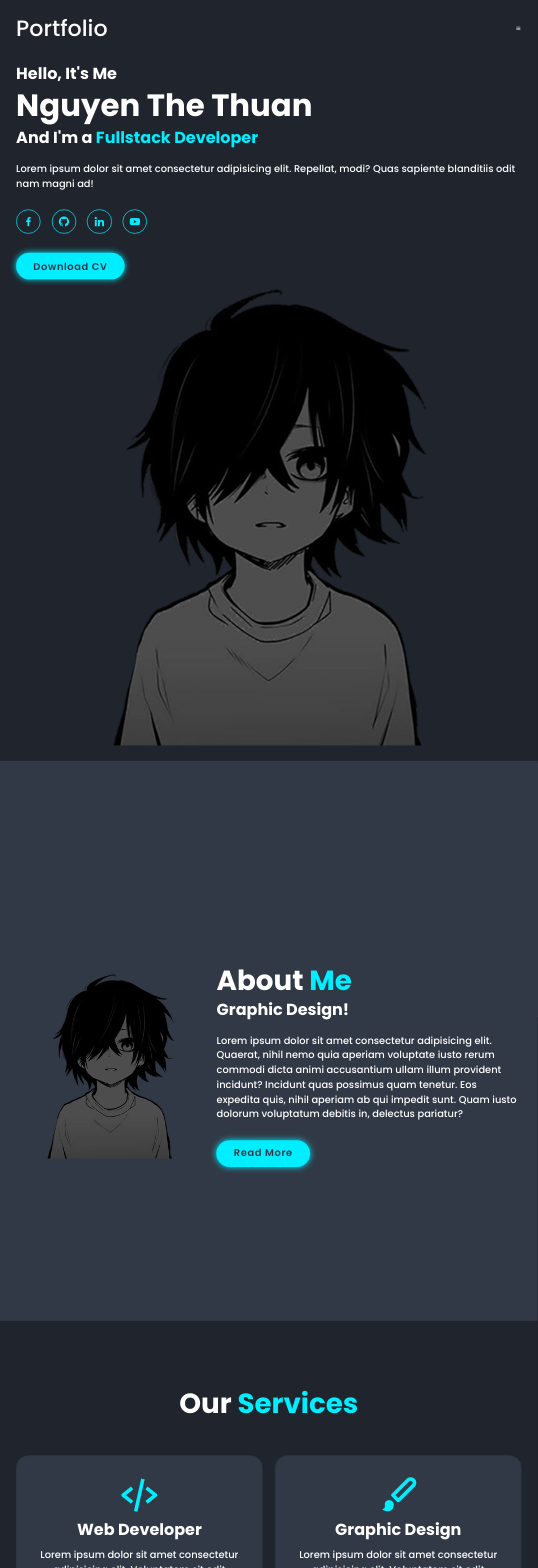
Repository: nguyenthethuan2004/portfolio
Page: index.html
These files come from the project's save history. The page is drawn as it stood at one moment and after a run of saves; the edit follows.
The browser window is 768 px wide. The pictures show the part of the page from y = 0 to 2240 px (the page is 4373 px tall before and 4244 px after), at 70% of full size.

Above is the page before, as saved 2023-10-03 19:12:54.
Console error: ReferenceError: navbar is not defined

### index.html
<!DOCTYPE html>
<html lang="en">
  <head>
    <meta charset="UTF-8" />
    <meta name="viewport" content="width=device-width, initial-scale=1.0" />
    <title>Nguyen The Thuan</title>

    <!-- custom css -->

    <link rel="stylesheet" href="css/style.css" />

    <!-- box icon -->

    <link
      href="https://unpkg.com/boxicons@2.1.4/css/boxicons.min.css"
      rel="stylesheet"
    />
  </head>
  <body>

    <!-- header design -->

    <header class="header">
      <a href="#" class="logo" id="menu-icon">Portfolio</a>

      <i class='bx bx-menu' ></i>

      <nav class="navbar">
        <a href="#home" class="active">Home</a>
        <a href="#about">About</a>
        <a href="#services">Services</a>
        <a href="#portfolio">Portfolio</a>
        <a href="#contact">Contact</a>
      </nav>
    </header>

    <!-- home setion design -->

    <section class="home" id="home">
      <div class="home-content">
        <h3>Hello, It's Me</h3>
        <h1>Nguyen The Thuan</h1>
        <h3>And I'm a <span>Fullstack Developer</span></h3>
        <p>
          Lorem ipsum dolor sit amet consectetur adipisicing elit. Repellat,
          modi? Quas sapiente blanditiis odit nam magni ad!
        </p>
        <div class="social-media">
          <a href=""><i class="bx bxl-facebook"></i></a>
          <a href=""><i class="bx bxl-github"></i></a>
          <a href=""><i class="bx bxl-linkedin"></i></a>
          <a href=""><i class="bx bxl-youtube"></i></a>
        </div>

        <a href="#" class="btn">Download CV</a>
      </div>

      <div class="home-img">
        <img
          src="Image/315543773_466116068957574_5528625686489521569_n (1).png" alt="Anh"
        />
      </div>
    </section>

    <!-- about section design -->

    <section class="about" id="about">
      <div class="about-img">
        <img src="Image/315543773_466116068957574_5528625686489521569_n (1).png" alt="">
      </div>
      <div class="about-content">
        <h2 class="heading">About <span>Me</span></h2>
        <h3>Graphic Design!</h3>
        <p>Lorem ipsum dolor sit amet consectetur adipisicing elit. Quaerat, nihil nemo quia aperiam voluptate iusto rerum commodi dicta animi accusantium ullam illum provident incidunt? Incidunt quas possimus quam tenetur. Eos expedita quis, nihil aperiam ab qui impedit sunt. Quam iusto dolorum voluptatum debitis in, delectus pariatur?</p>
        <a href="#" class="btn">Read More</a>
      </div>
    </section>

    <!-- services section design -->

    <section class="services" id="services">
      <h2 class="heading">Our <span>Services</span></h2>

      <div class="services-container">
        <div class="services-box">
          <i class='bx bx-code-alt'></i>
          <h3>Web Developer</h3>
          <p>Lorem ipsum dolor sit amet consectetur adipisicing elit. Voluptatem sit odit doloribus fuga sed eaque atque. Iusto at perferendis officiis!</p>
          <a href="#" class="btn">Read More</a>
        </div>

        <div class="services-box">
          <i class='bx bxs-paint' ></i>
          <h3>Graphic Design</h3>
          <p>Lorem ipsum dolor sit amet consectetur adipisicing elit. Voluptatem sit odit doloribus fuga sed eaque atque. Iusto at perferendis officiis!</p>
          <a href="#" class="btn">Read More</a>
        </div>

        <div class="services-box">
          <i class='bx bx-line-chart' ></i>
          <h3>Digital Marketing</h3>
          <p>Lorem ipsum dolor sit amet consectetur adipisicing elit. Voluptatem sit odit doloribus fuga sed eaque atque. Iusto at perferendis officiis!</p>
          <a href="#" class="btn">Read More</a>
        </div>
      </div>
    </section>

    <!-- portfolio section design -->

    <section class="portfolio" id="portfolio">
      <h2 class="heading">Latest <span>Project</span></h2>

      <div class="portfolio-container">
        <div class="portfolio-box">
          <img src="Image/1.jpg" alt="">
          <div class="portfolio-layer">
            <h4>Web Design</h4>
            <p>Lorem, ipsum dolor sit amet consectetur adipisicing elit. Accusamus, exercitationem?</p>
            <a href="#"><i class='bx bx-link-external' ></i></a>
          </div>
        </div>

        <div class="portfolio-box">
          <img src="Image/2.jpg" alt="">
          <div class="portfolio-layer">
            <h4>Web Design</h4>
            <p>Lorem, ipsum dolor sit amet consectetur adipisicing elit. Accusamus, exercitationem?</p>
            <a href="#"><i class='bx bx-link-external' ></i></a>
          </div>
        </div>

        <div class="portfolio-box">
          <img src="Image/3.jpg" alt="">
          <div class="portfolio-layer">
            <h4>Web Design</h4>
            <p>Lorem, ipsum dolor sit amet consectetur adipisicing elit. Accusamus, exercitationem?</p>
            <a href="#"><i class='bx bx-link-external' ></i></a>
          </div>
        </div>

        <div class="portfolio-box">
          <img src="Image/4.jpg" alt="">
          <div class="portfolio-layer">
            <h4>Web Design</h4>
            <p>Lorem, ipsum dolor sit amet consectetur adipisicing elit. Accusamus, exercitationem?</p>
            <a href="#"><i class='bx bx-link-external' ></i></a>
          </div>
        </div>

        <div class="portfolio-box">
          <img src="Image/5.jpg" alt="">
          <div class="portfolio-layer">
            <h4>Web Design</h4>
            <p>Lorem, ipsum dolor sit amet consectetur adipisicing elit. Accusamus, exercitationem?</p>
            <a href="#"><i class='bx bx-link-external' ></i></a>
          </div>
        </div>

        <div class="portfolio-box">
          <img src="Image/6.jpg" alt="">
          <div class="portfolio-layer">
            <h4>Web Design</h4>
            <p>Lorem, ipsum dolor sit amet consectetur adipisicing elit. Accusamus, exercitationem?</p>
            <a href="#"><i class='bx bx-link-external' ></i></a>
          </div>
        </div>
      </div>
    </section>

    <!-- contact section design -->

    <section class="contact" id="contact">
      <h2 class="heading">Contact <span>Me!</span></h2>

      <form action="#">
        <div class="input-box">
          <input type="text" placeholder="Full Name">
          <input type="email" placeholder="Email Address">
        </div>

        <div class="input-box">
          <input type="number" placeholder="Mobile Number">
          <input type="text" placeholder="Email Subject">
        </div>
        <textarea name="" id="" cols="30" rows="10" placeholder="Your Message"></textarea>
        <input type="submit" value="Send Message" class="btn">
      </form>
    </section>

    <!-- footer design -->
    <footer class="footer">
      <div class="footer-text">
        <p>Copyright &copy; 2023 by Nguyen The Thuan | All Rights Reserved.</p>
      </div>

      <div class="footer-iconTop">
        <a href="#home"><i class='bx bx-up-arrow-alt' ></i></a>
      </div>
    </footer>


          <!-- custom js -->
    <script src="js/script.js"></script>


  </body>
</html>

### css/style.css
    @import url('https://fonts.googleapis.com/css2?family=Poppins:ital,wght@0,300;0,500;0,600;0,700;0,800;0,900;1,300;1,400;1,500;1,600;1,700;1,800;1,900&display=swap');
* {
    margin: 0;
    padding: 0;
    box-sizing: border-box;
    text-decoration: none;
    border: none;
    outline: none;
    scroll-behavior:smooth;
    font-family: 'Poppins', sans-serif;
}

:root {
    --bg-color:#1f242d;
    --second-bg-color:#323946;
    --text-color:#fff;
    --main-color:#0ef;
}

html {
    font-size: 62.5%;
    overflow-x: hidden;
}

body {
    background: var(--bg-color);
    color: var(--text-color);
}

section {
    min-height: 100vh;
    padding: 10rem 9% 2rem;
}

.header {
    position: fixed;
    top: 0;
    left: 0;
    width: 100%;
    padding: 2rem 9%;
    background: var(--bg-color);
    display: flex;
    justify-content: space-between;
    align-items: center;
    z-index: 100;
}

.header .sticky {
    border-bottom:.1rem solid rgba(0, 0, 0,.2) ;
}

.logo {
    font-size: 2.5rem;
    color: var(--text-color);
    width: 600px;
    cursor: default;
}

.navbar a {
    font-size: 1.7rem;
    color: var(--text-color);
    margin-left: 4rem;
    transition: .3s;
}

.navbar a:hover,
.navbar a.active {
    color: var(--main-color);
}

#menu-icon {
    font-size: 3.6rem;
    color: var(--text-color);
    display: none;
}

.home {
    display: flex;
    justify-content: center;
    align-items: center;
}

.home-image {
    width: 32vw;
}

.home-content h3 {
    font-size: 3.2rem;
    font-weight: 700;
}


.home-content h3:nth-of-type(2) {
    margin-bottom: 2rem;
}

span {
    color: var(--main-color);
}

.home-content h1 {
    font-size: 5.6rem;
    font-weight: 700;
    line-height: 1.3;
}

.home-content p {
    font-size: 1.6rem;
}

.social-media a {
    display: inline-flex;
    justify-content: center;
    align-items: center;
    width: 4rem;
    height: 4rem;
    background: transparent;
    border: .2rem solid var(--main-color);
    border-radius: 50%;
    font-size: 2rem;
    color: var(--main-color);
    margin: 3rem 1.5rem 3rem 0;
    transition: .3s ease;
}
.social-media a:hover {
    background: var(--main-color);
    color: var(--second-bg-color);
    box-shadow: 0 0 1rem var(--main-color);
}

.btn {
    display: inline-block;
    padding: 1rem 2.8rem;
    background: var(--main-color);
    border-radius: 4rem;
    box-shadow: 0 0 1rem var(--main-color);
    font-size: 1.6rem;
    color: var(--second-bg-color);
    letter-spacing: .1rem;
    font-weight: 600;
    transition: .5s ease-in-out;
}

.btn:hover {
    box-shadow: none;

}

.about {
    display: flex;
    justify-content: center;
    align-items: center;
    gap: 2rem;
    background: var(--second-bg-color);
}

.about-img img {
    width: 35vw;
}

.heading {
    text-align: center;
    font-size: 4.5rem;
}

.about-content h2 {
    text-align: left;
    line-height: 1.2;
}

.about-content h3 {
    font-size:2.6rem;
}

.about-content p {
    font-size: 1.6rem;
    margin: 2rem 0 3rem 0;
}

.services h2 {
    margin-bottom: 5rem;
}

.services-container {
    display:flex;
    justify-content: center;
    align-items: center;
    flex-wrap: wrap;
    gap:2rem;
}

.services-container .services-box {
    flex: 1 1 30rem;
    background: var(--second-bg-color);
    padding: 3rem 2rem 4rem;
    border-radius: 2rem;
    text-align: center;
    border: .2rem solid var(--second-bg-color);
    transition: .5s ease;
}

.services-container .services-box:hover {
    border-color: var(--main-color);
    transform: scale(1.02);
}

.services-box i {
    font-size: 7rem;
    color: var(--main-color);
}

.services-box h3 {
    font-size: 2.6rem;
}

.services-box p {
    font-size: 1.6rem;
    margin: 1rem 0 3rem;
}

.portfolio {
    background:var(--second-bg-color) ;
}

.portfolio h2 {
    margin-bottom: 4rem;
}

.portfolio-container {
    display: grid;
    grid-template-columns: repeat(3, 1fr);
    align-items: center;
    gap: 2.5rem ;
}

.portfolio-container .portfolio-box {
    position: relative;
    border-radius: 2rem ;
    box-shadow: 0 0 1rem var(--bg-color);
    overflow: hidden;
    display: flex;
}

.portfolio-box img {
    width: 100%;
    transition: .5s ease;
}

.portfolio-box:hover img {
    transform: scale(1.1);
}

.portfolio-box .portfolio-layer {
    position: absolute;
    bottom: 0;
    left: 0;
    width: 100%;
    height: 100%;
    background: linear-gradient( rgba(0, 0, 0,.1), var(--main-color));
    display: flex;
    justify-content: center;
    align-items: center;
    flex-direction: column;
    text-align: center;
    padding: 0 4rem;
    transform: translateY(100%);
    transition: .5s ease;

}

.portfolio-box:hover .portfolio-layer {
    transform: translateY(0);

}

.portfolio-box .portfolio-layer h4 {
    font-size: 4rem;
}

.portfolio-layer p {
    font-size: 1.6rem;
    margin: .3rem 0 1rem 0;
}

.portfolio-layer a {
    display: inline-flex;
    justify-content: center;
    align-items: center;
    width: 3.7rem;
    height: 3.7rem;
    background:var(--text-color);
    border-radius: 50%;
}

.portfolio-layer a i {
    font-size: 2rem;
    color: var(--second-bg-color);
}

.contact h2 {
    margin-bottom: 3rem;
}

.contact form {
    max-width: 70rem;
    margin: 1rem auto;
    text-align: center;
    margin-bottom: 3rem;
}

.contact form .input-box {
    display: flex;
    justify-content: space-between;
    flex-wrap: wrap;
}

.contact form .input-box input,
.contact form textarea {
    width: 100%;
    padding: 1.5rem;
    font-size:1.6rem;
    color: var(--text-color);
    background: var(--second-bg-color);
    border-radius: .8rem;
    margin: .7rem 0;
}

.contact form .input-box input {
    width: 49%;
}

.contact form textarea {
    resize: none;
}

.contact form .btn {
     margin-top: 2rem;
     cursor: pointer;
}

.footer {
    display: flex;
    justify-content: space-between  ;
    align-items: center;
    flex-wrap: wrap;
    padding: 2rem 9%;
    background: var(--second-bg-color);
}

.footer-text {
    font-size: 1.5rem;
}

.footer-iconTop a {
    display: inline-flex;
    justify-content: center;
    align-items: center;
    padding: .8rem;
    background: var(--main-color);
    border-radius: .8rem;
    transition: .5s ease;
}

.footer-iconTop a:hover {
    box-shadow: 0 0 1rem var(--main-color);
}

.footer-iconTop a i {
    font-size: 2rem;
    color: var(--second-bg-color);
}

/* ---------------------------------BREAKPOINTS------------------------- */

@media (max-width:1200px) {
    html {
        font-size: 55%;
    }
}

@media (max-width:991px) {
    .header {
        padding: 2rem 3%;
    }

    section {
        padding: 10rem 3% 2rem;
    }

    .footer {
        padding: 2rem 3%;
    }
}

@media (max-width:768px) {
    #menu-icon{
        display: block;
    }

    .navbar {
        position:  absolute;
        top: 100%;
        left: 0;
        width: 100%;
        padding: 1rem 3%;
        background: var(--bg-color);
        border-top: .1rem solid rgba(0, 0, 0,.2);
        box-shadow: 0 0.5rem 1rem rgba(0, 0, 0,.2);
        display: none;
    }

    .navbar .active {
        display: block;
    }

    .navbar a {
        display:block;
        font-size: 2rem;
        margin: 3rem 0;

    }

    .home {
        flex-direction: column;
    }

    .home-content h3 {
        font-size: 2.6rem;
    }

    .home-content h1 {
        font-size: 5rem;
    }

    .home-img img {

    }
}

### js/script.js
/*========================= toggle icon navbar ========================*/

let menuIcon = document.querySelector('#menu-icon');
let navbarIcon = document.querySelector('.navbar');

menuIcon.onclick = () => {
    menuIcon.classList.toggle('bx-x');
    navbar.classList.toggle('active');
};

/*========================= scroll sections avtive link ========================*/

 let sections = document.querySelectorAll('section');
 let navLinks = document.querySelectorAll('header nav a');

 window.onscroll = () => {
    sections.forEach(sec => {
        let top = window.scrollY;
        let offset = sec.offsetTop - 150;
        let height = sec.offsetHeight;
        let id =  sec.getAttribute('id');

        if (top >= offset && top < offset + height) {
            navLinks.forEach(links => {
                links.classList.remove('active');
                document.querySelector('header nav a[href*=' + id + ']').classList.add('active');

            });
        };
    });
    /*========================= sticky navbar =========================*/

    let header = document.querySelector('header');

    header.classList.toggle('sticky', window.scrollY > 100);

    /*========================= remove toggle icon and navbar when click navbar links ========================*/
    menuIcon.classList.remove('bx-x');
    navbar.classList.remove('active');
};

After the next 2 saves:
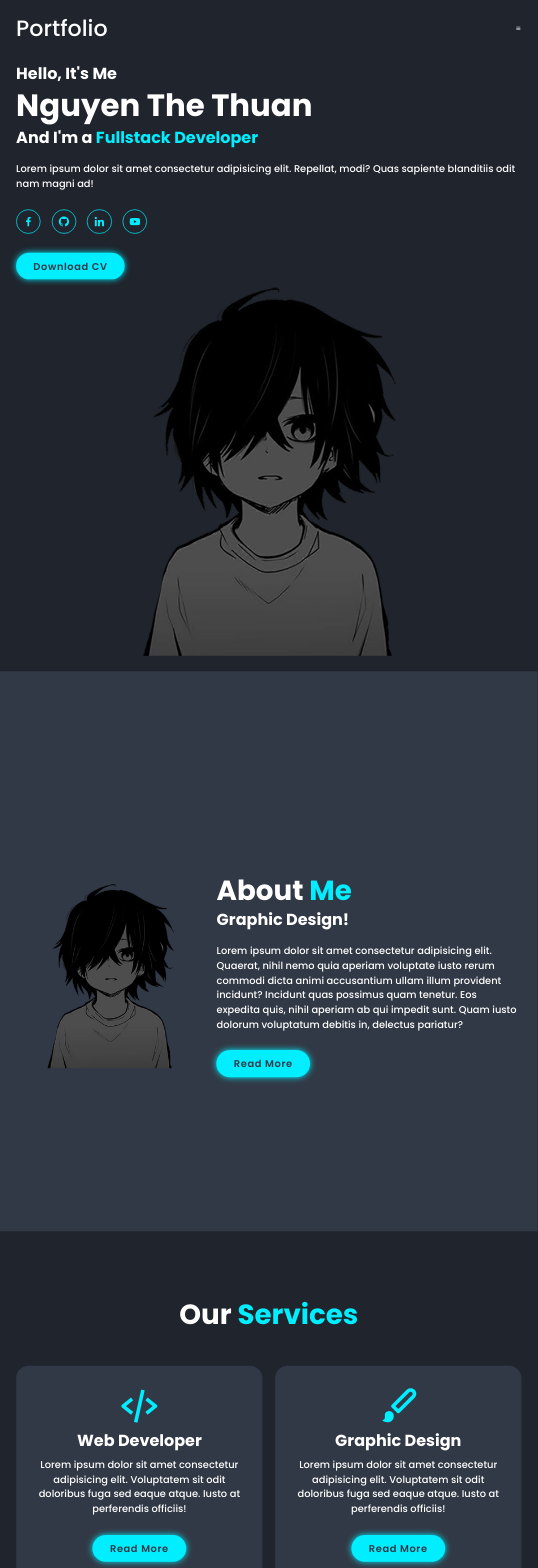
The 2 saves are shown as one change because they came seconds apart.
The last was saved 8 s later.
--- a/css/style.css
+++ b/css/style.css
@@ -433,6 +433,6 @@ span {
     }
 
     .home-img img {
-
-    }
-}
+        width: 70vw;
+    }
+}
